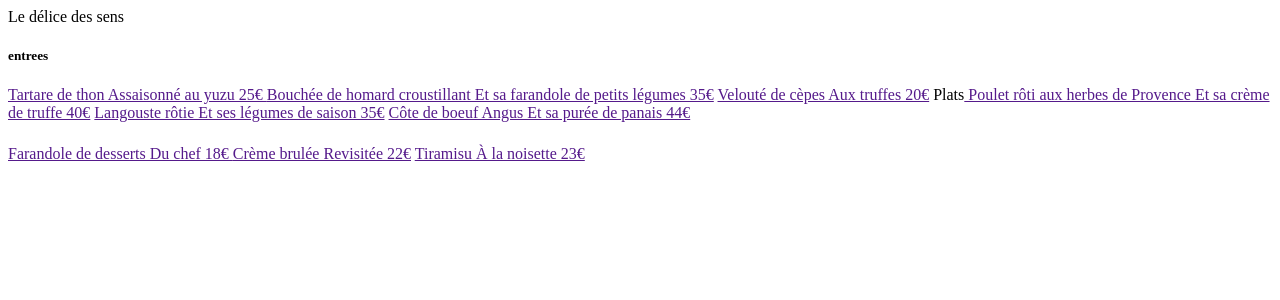
Repository: lysianebo/OHMYFOOD
Page: La_note_enchantée.html
An editor plug-in stored every save of this project. The page is shown before and after the next save, followed by the edit.
The browser window is 1280 px wide. The pictures show the whole page.

Above is the page before, as saved 2022-10-22 13:09:08.

After the next save:
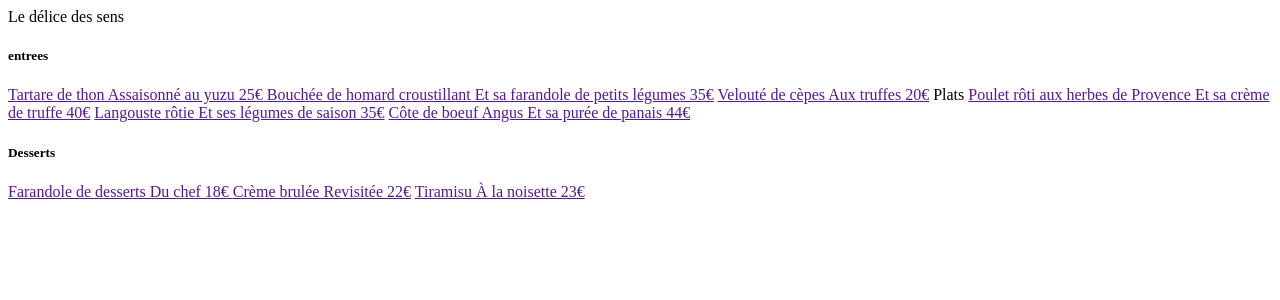
Saved 19 s later.
--- a/La_note_enchantée.html
+++ b/La_note_enchantée.html
@@ -22,7 +22,8 @@
 Aux truffes
 20€</a>
 
-Plats<a href="" class="btn grey">
+Plats
+<a href="" class="btn grey">
 Poulet rôti aux herbes de Provence
 Et sa crème de truffe
 40€</a>
@@ -35,7 +36,7 @@
 Et sa purée de panais
 44€</a>
 
-<H5></H5>
+<H5>Desserts</H5>
 <a href="" class="btn grey">Farandole de desserts
 Du chef
 18€
